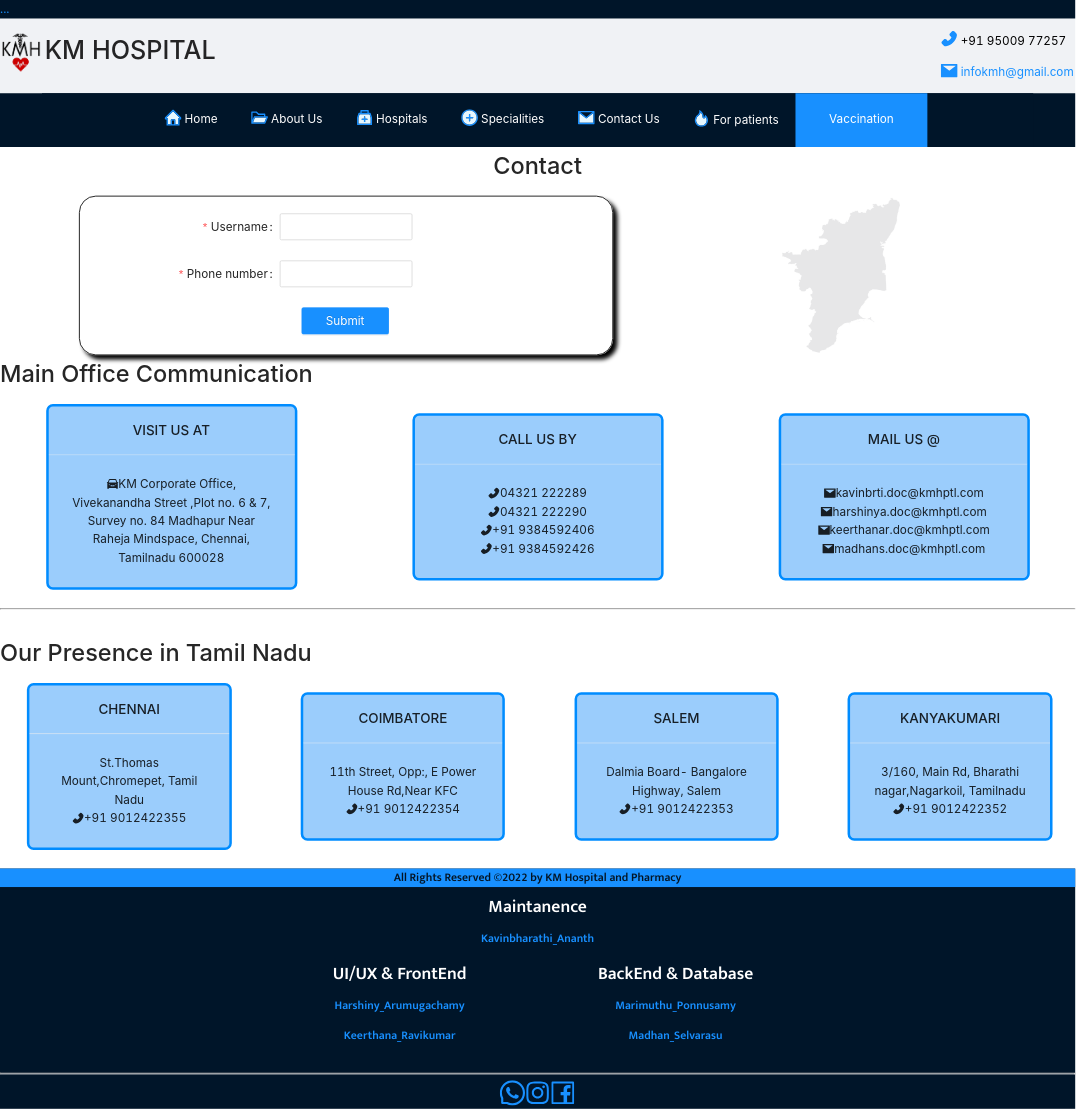
Repository: marimuthu1001/KHM-hospital
Page: /contactus (app in km-hospital/)
These files come from the project's save history. The page is drawn as it stood at one moment and after the next save; the edit follows.
The browser window is 1280 px wide. The page is 1297 px wide, so the pictures cover 1297 px, including what lies to the right of the window. The pictures show the whole page, at 84% of full size.
The project was rebuilt for these pictures with package versions that can differ from the ones it lists, and the page was loaded fresh each time. Also part of the build but not shown: km-hospital/src/Pages/AboutUS.jsx, km-hospital/src/Styles/Specialities.module.css, km-hospital/src/Pages/Specialities.jsx, km-hospital/src/firebase.js, km-hospital/src/Pages/Feedback.jsx.

Above is the page before, as saved 2022-01-25 12:22:34.

After the next save:
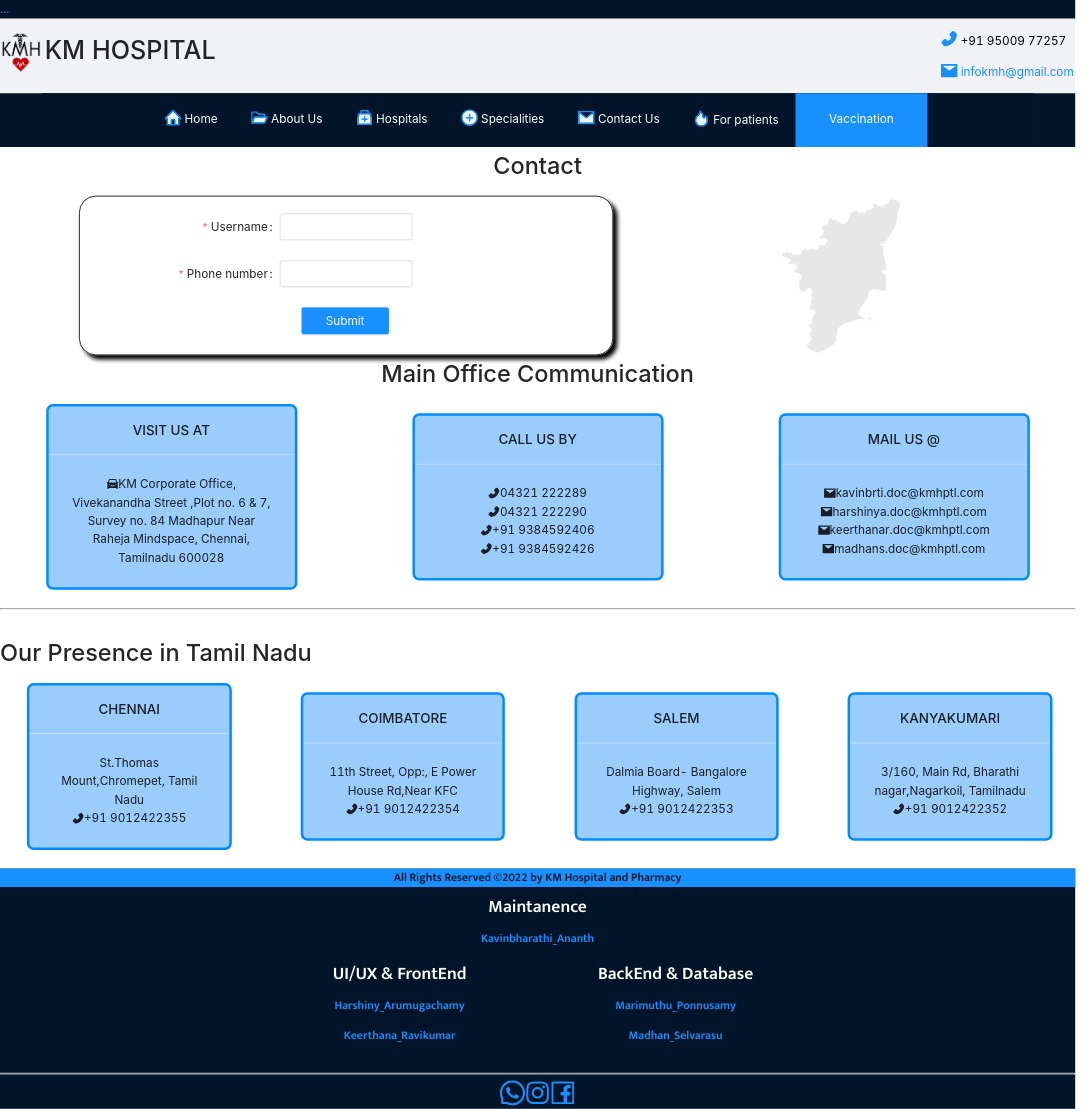
Saved 77 s later.
--- a/km-hospital/src/Pages/ContactUs.jsx
+++ b/km-hospital/src/Pages/ContactUs.jsx
@@ -93,7 +93,7 @@ function ContactUs() {
 
 
 
-    <h1>Main Office Communication</h1>
+    <h1 style={{textAlign:"Center"}}>Main Office Communication</h1>
             <div className={Styles.contact}>
                 <div className="site-card-wrapper">
                     <Row justify="space-around" align="middle" gutter={28}>
